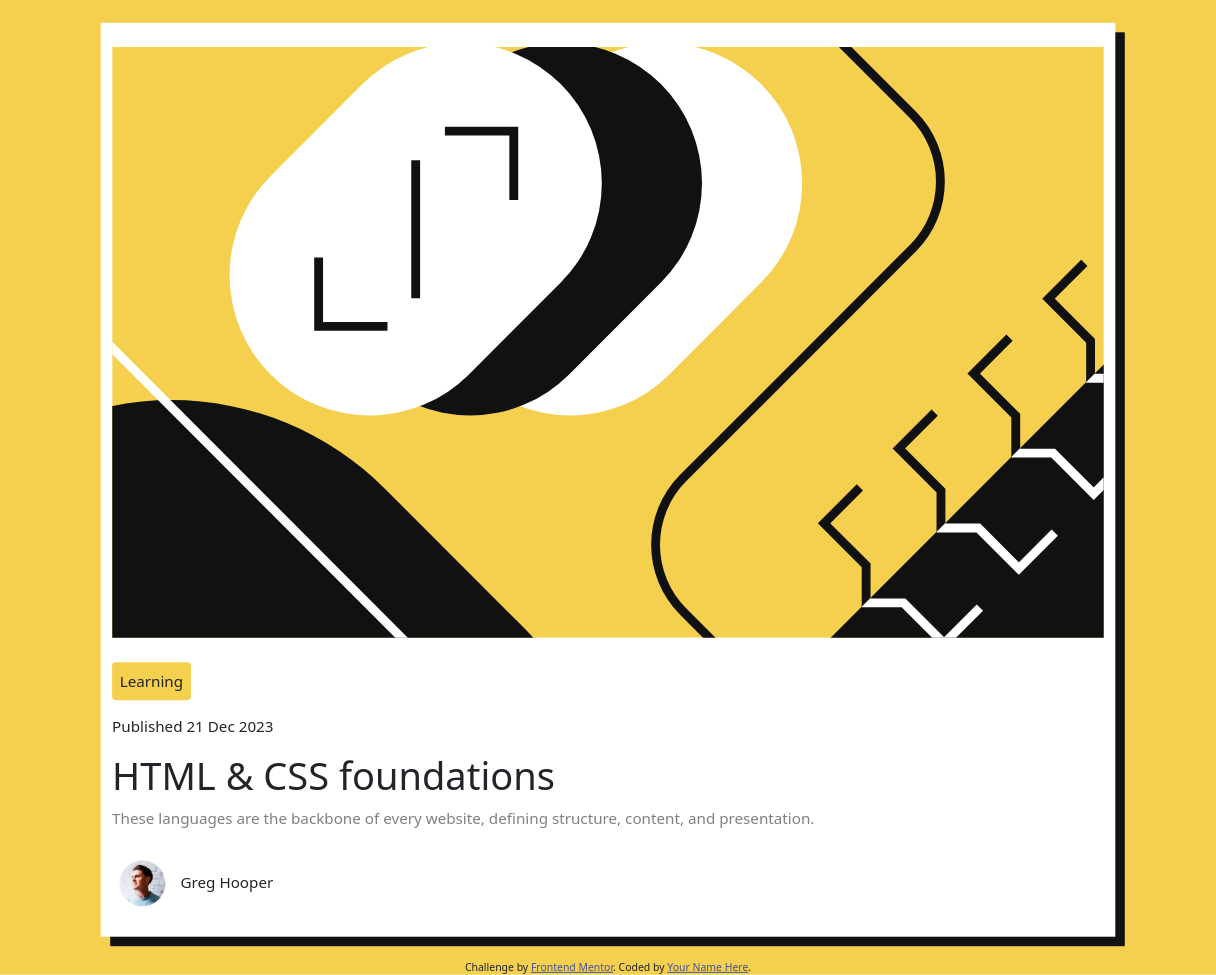
Repository: blordeus/blog-preview-card
Page: index.html
These files come from the project's save history. The page is drawn as it stood at one moment and after a run of saves; the edit follows.
The browser window is 1280 px wide. The pictures show the whole page, at 95% of full size.
The style sheet was rebuilt from its Sass, Less or Tailwind sources for each picture, by a compiler version that may differ from the author's.

Above is the page before, as saved 2024-02-10 10:16:03.

### index.html
<!DOCTYPE html>
<html lang="en">
<head>
  <meta charset="UTF-8">
  <meta name="viewport" content="width=device-width, initial-scale=1.0"> <!-- displays site properly based on user's device -->

  <link rel="icon" type="image/png" sizes="32x32" href="./assets/images/favicon-32x32.png">
  <link rel="stylesheet" href="style.css">
  <link href="https://cdn.jsdelivr.net/npm/bootstrap@5.1.3/dist/css/bootstrap.min.css" rel="stylesheet" integrity="sha384-1BmE4kWBq78iYhFldvKuhfTAU6auU8tT94WrHftjDbrCEXSU1oBoqyl2QvZ6jIW3" crossorigin="anonymous">
  <title>Frontend Mentor | Blog preview card</title>

</head>
<body class="yellow-bg container">
<main class=" white-bg black-shadow row py-4 m-4 grid grid-rows-4 justify-items-center align-content-start">
    <img class="rounded" src="assets\images\illustration-article.svg" alt="header image">
    <div class="mt-4">
      <p class="yellow-bg d-inline-block p-2 rounded">Learning</p>
    </div>

    <p>Published 21 Dec 2023</p>

    <h1>HTML & CSS foundations</h1>

    <p class="grey-text">These languages are the backbone of every website, defining structure, content, and presentation.</p>

    <div class="d-flex gap-2 pt-2 align-items-center">
      <img class="greg" src="assets\images\image-avatar.webp" alt="author image">
      <p class="mt-3">Greg Hooper</p>
    </div>

</main>
<div class="attribution">
    Challenge by <a href="https://www.frontendmentor.io?ref=challenge" target="_blank">Frontend Mentor</a>.
    Coded by <a href="#">Your Name Here</a>.
  </div>
</body>
</html>

### style.scss
@font-face {
    font-family: Figtree;
    src: url(./assets/fonts/Figtree-VariableFont_wght.ttf);
}

@font-face {
    font-family: Figtree-Italic;
    src: url(./assets/fonts/Figtree-Italic-VariableFont_wght.ttf) format("truetype");
    font-style: italic;
}

// Primary

$Yellow: hsl(47, 88%, 63%);

// Neutral

$White: hsl(0, 0%, 100%);
$Grey: hsl(0, 0%, 50%);
$Black: hsl(0, 0%, 7%);

body {
    font-family: Figtree;
}

p {
    font-size: 16px
}

.yellow-bg {
    background-color: $Yellow;

}

.black-bg {
    background-color: $Black;
}

//create a black shadow for the box that offsets to the right and bottom

.black-shadow {
    box-shadow: 10px 10px 0px $Black;
    outline-width: 1px;
}

.grey-text {
    color: $Grey;
}

.white-bg {
    background-color: $White;
}

.black-text {
    color: $Black;
}

.greg {
    scale: 0.75;
}

.attribution { font-size: 11px; text-align: center; }
.attribution a { color: hsl(228, 45%, 44%); }

After the next 4 saves:
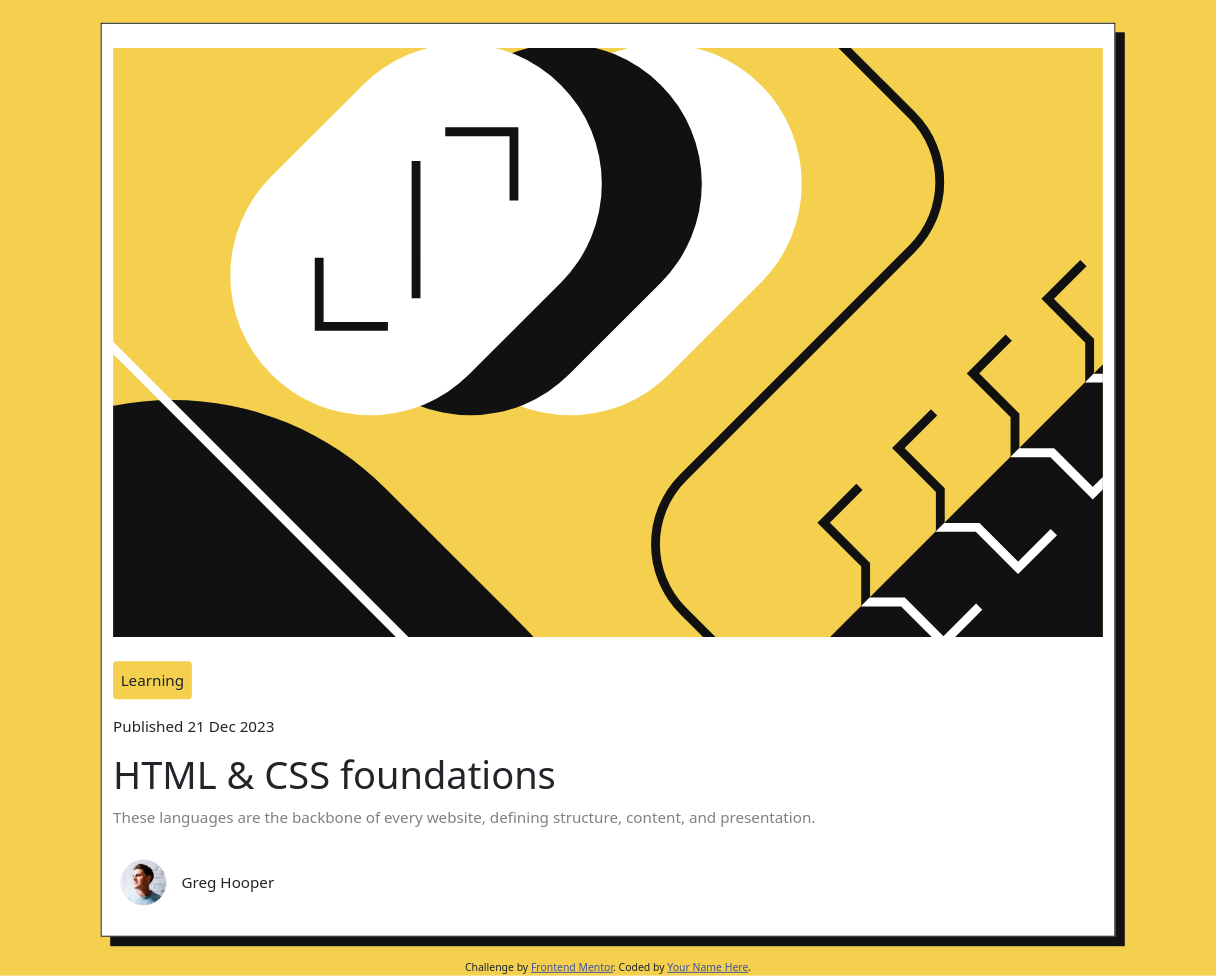
The 4 saves are shown as one change because 2 did not build or start and some came seconds apart.
The last was saved 29 s later.
--- a/style.scss
+++ b/style.scss
@@ -40,7 +40,8 @@ p {
 
 .black-shadow {
     box-shadow: 10px 10px 0px $Black;
-    outline-width: 1px;
+    //black outline
+    border: 1px solid $Black;
 }
 
 .grey-text {
